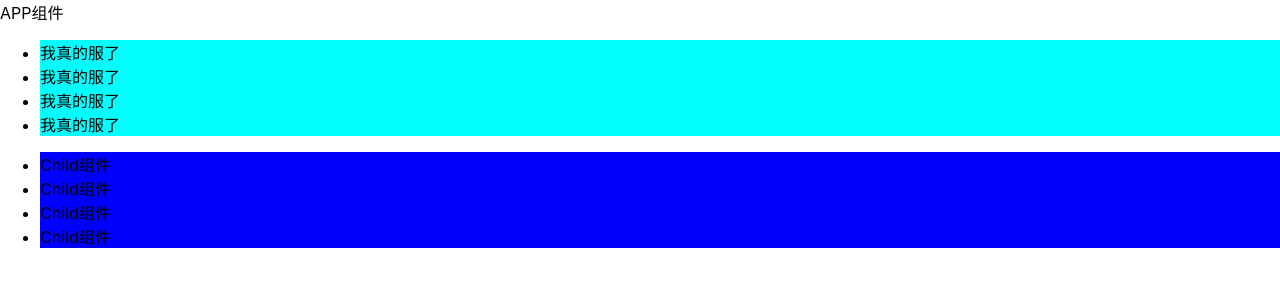
Repository: pagelam97/React-Test-Project
Page: /
The author's editor kept a copy of each file at every save. The page is drawn from the files as they stood at one save, then again after the next save.
The browser window is 1280 px wide. The pictures show the whole page.
The project was rebuilt for these pictures with package versions that can differ from the ones it lists, and the page was loaded fresh each time.

Above is the page before, as saved 2022-09-01 16:04:16.

After the next save:
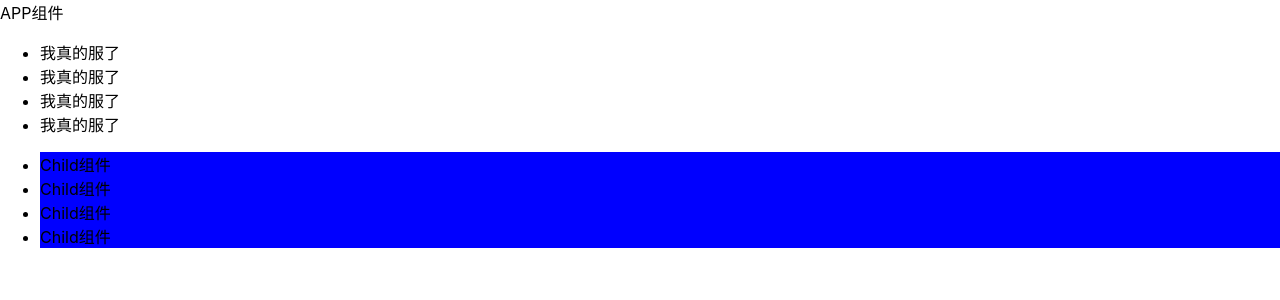
Saved 30 s later.
--- a/src/App.module.css
+++ b/src/App.module.css
@@ -1,3 +1,3 @@
-li {
+.appStyle {
   background-color: aqua;
 }

After the save that followed:
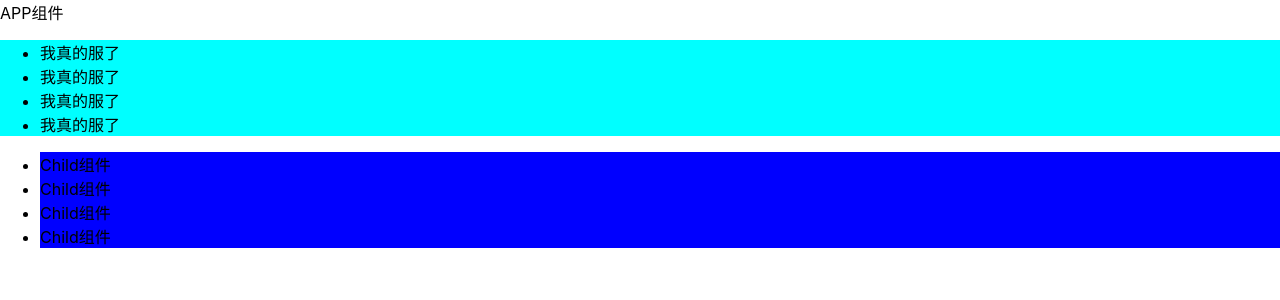
Saved 48 s later.
--- a/src/App.js
+++ b/src/App.js
@@ -1,4 +1,4 @@
-import './App.module.css';
+import  style from './App.module.css';
 import { useEffect } from 'react';
 import axios from 'axios';
 
@@ -22,7 +22,7 @@ function App() {
     <div className="App">
       APP组件
 
-      <ul>
+      <ul className={style.appStyle}>
         <li>
           我真的服了
         </li>
